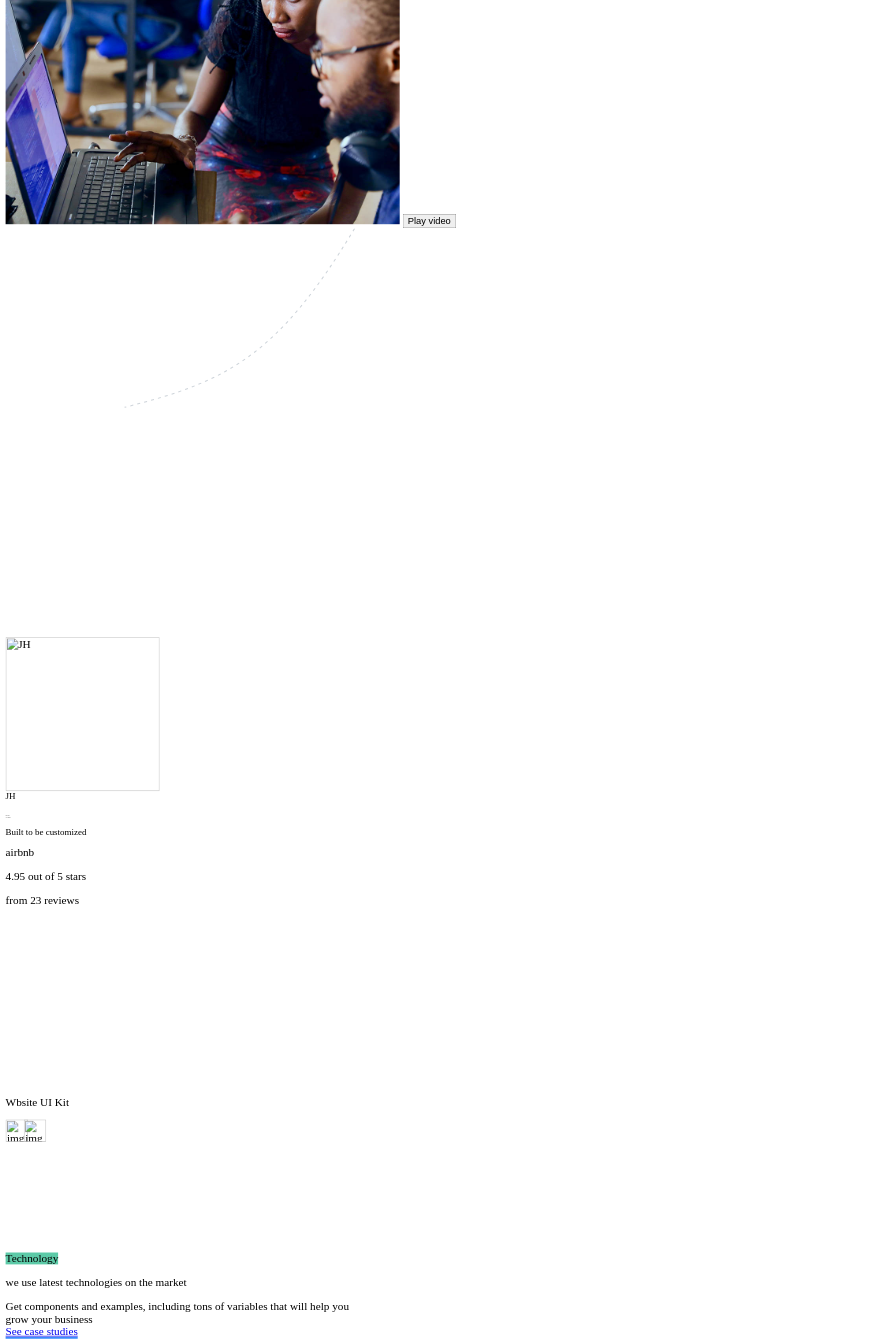
Repository: brandonc16/odoo-task
Page: components/hero.html
These files come from the project's save history. The page is drawn as it stood at one moment and after the next save; the edit follows.
The browser window is 1280 px wide. The pictures show the part of the page from y = 1975 to 3895 px (the page is 3895 px tall before and 3852 px after), at 70% of full size.

Above is the page before, as saved 2026-03-16 03:13:01.

### components/hero.html
<!-- SECTION CARD  -->
<div class="bg-primary text-white hero-style pb-10">
  <div class="pt-5">
    <div class="row align-items-center px-lg-10">
      <div class="col-12 col-lg-6 mb-5 mb-lg-0">
        <p class="display-4 fw-bold mb-4">Development done right</p>
        <p
          class="mb-4 text-white-50"
          style="font-size: 1.1rem; max-width: 400px"
        >
          Build a beautiful, modern website with flexible components built from
          scratch.
        </p>
        <button
          class="btn btn-light text-primary rounded-2 d-inline-flex align-items-center gap-2 fw-bold px-4 py-2 mb-5"
        >
          Get started <span class="fs-5">+</span>
        </button>

        <div class="d-flex align-items-center gap-4 flex-wrap mt-3">
          <span class="small text-white-50">Trusted by:</span>
          <span class="fw-bold d-flex align-items-center gap-1"
            ><i class="bi bi-google"></i>Google</span
          >
          <span class="fw-bold d-flex align-items-center gap-1"
            ><i class="bi bi-spotify"></i>Spotify</span
          >
          <span class="fw-bold fs-5">airbnb</span>
          <span class="fw-bold d-flex align-items-center gap-1"
            ><i class="bi bi-paypal"></i>PayPal</span
          >
        </div>
      </div>
      <div class="col-12 col-lg-6">
        <div
          class="card bg-white border-0 shadow-lg p-4 text-dark"
          style="
            border-radius: 1.5rem 1.5rem 4.5rem 1.5rem;
            max-width: 420px;
            margin: 0 auto;
          "
        >
          <div class="d-flex justify-content-between align-items-center mb-4">
            <p class="fw-bold" style="font-size: 0.85rem">Manage cards</p>
            <button
              class="btn btn-outline-secondary btn-sm px-3 rounded-2"
              style="font-size: 0.85rem"
            >
              Add new
            </button>
          </div>
          <div
            class="bg-card-dark text-white p-4 mb-4 shadow-sm"
            style="border-radius: 1rem"
          >
            <div class="d-flex justify-content-between align-items-start mb-4">
              <div class="d-flex">
                <a class="navbar-brand fw-fold fs-3" href="#">
                  <img
                    src="/assets/mastercard.svg"
                    alt="Odoo logo"
                    height="35"
                    class="d-inline-block align-text-top"
                  />
                </a>
              </div>
              <p
                class="badge bg-success text-success text-white border border-success border-opacity-25 px-2 py-1"
              >
                Active
              </p>
            </div>
            <p
              class="text-white-50 mb-1"
              style="font-size: 0.6rem; letter-spacing: 1px"
            >
              CARD NUMBER
            </p>
            <p class="mb-4" style="letter-spacing: 2px">
              4358 - 7421 - 9256 -6682
            </p>

            <div class="d-flex justify-content-between">
              <div>
                <p
                  class="text-white-50 mb-0"
                  style="font-family: 0.6rem; letter-spacing: 1px"
                >
                  NAME
                </p>
                <p class="mb-0 fw-bold small">John Snow</p>
              </div>
              <div>
                <p
                  class="text-white-50 mb-0"
                  style="font-family: 0.6rem; letter-spacing: 1px"
                >
                  EXPIRY DATE
                </p>
                <p class="mb-0 fw-bold small">11/23</p>
              </div>
            </div>
          </div>

          <div class="justify-content-between align-items-center mb-2">
            <div class="d-flex justify-content-between">
              <p class="mb-0 fw-bold">Starbucks</p>

              <span class="text-muted">$5,50 USD</span>
            </div>
            <p class="mb-0 text-muted" style="font-size: 0.85rem">
              Pending - San Francisco, United States
            </p>
            <hr
              class="text-secondary justify-content-between align-items-center mb-4"
            />

            <div class="d-flex justify-content-between">
              <p class="mb-0 fw-bold">Nike Sports</p>

              <span class="text-muted">$129,00 USD </span>
            </div>
            <p class="mb-0 text-muted" style="font-size: 0.85rem">
              Pending - Lisbon, Portugal
            </p>
            <hr
              class="text-secondary justify-content-between align-items-center mb-4"
            />

            <a href="#" class="text-decoration-underline text-primary"
              >View all</a
            >
          </div>
        </div>
      </div>
    </div>
  </div>
</div>
<!-- SECTION TOOLS -->

<div class="py-5 my-5">
  <div class="px-lg-10">
    <div class="row align-items-center">
      <div class="col-12 col-lg-6 mb-5 mb-lg-0">
        <div
          class="card border border-light border-1 shadow-sm p-4 p-lg-5 rounded-3 position-relative mt-n4 mt-lg-n5"
        >
          <div style="width: 90%">
            <p class="fw-bold mb-4 display-6">Awesome Projects</p>
            <div class="mb-4 p-3">
              <p class="fw-bold mb-2" style="font-size: 0.95">
                Create the new logo
              </p>
              <div class="progress rounded-pill" style="height: 6px">
                <div class="progress-bar- bg-warning" style="width: 45%"></div>
              </div>
            </div>
            <div class="mb-4 p-3">
              <p class="fw-bold mb-2" style="font-size: 0.95">
                Set up the color palette
              </p>
              <div class="progress rounded-pill" style="height: 6px">
                <div class="progress-bar- bg-warning" style="width: 60%"></div>
              </div>
            </div>

            <div class="mb-2 p-3">
              <div
                class="d-flex justify-content-between align-items-center mb-2"
              >
                <span class="fw-bold" style="font-size: 0.95rem">
                  Wireframe and prototype</span
                >
                <span style="font-size: 0.86rem"
                  >6:50 <i class="bi bi-chevron-right small"></i
                ></span>
              </div>

              <div class="progress rounded-pill" style="height: 6px">
                <div class="progress-bar- bg-warning" style="width: 80%"></div>
              </div>
            </div>
          </div>
        </div>
      </div>

      <div
        class="col-12 col-lg-5 offset-lg-1 text-center text-lg-start mt-5 mt-lg-0"
      >
        <span
          class="badge bg-warning text-white px-3 py-2 rounded-pill mb-4 fs-6"
        >
          Tools
        </span>
        <p class="display-6 fw-bold mb-4">
          We build for designers and developers
        </p>
        <p
          class="text-muted fs-5 mb-3"
          style="max-width: 500px; margin: 0 auto"
        >
          Get components and examples, including tons of variables that will
          help you grow your bussines.
        </p>

        <div
          class="mt-4 mt-lg-5"
          style="width: 100%; max-width: 400px; z-index: 2"
        >
          <div class="rounded-2 overflow-hidden shadow-sm position-relative">
            <img
              src="/assets/img_01.jpg"
              alt="Team working"
              height="55"
              class="img-fluid w-100"
              style="height: 200px; object-fit: cover"
            />
            <button
              class="btn btn-light position-absolute top-0 end-0 m-3 fw-bold shadow-sm d-flex align-items-center gap-2 rounded-3"
            >
              Play video <i class="bi bi-play-fill"></i>
            </button>
          </div>
        </div>
      </div>
    </div>
  </div>
</div>

<svg
  class="position-absolute"
  style="
    top: 167%;
    left: 25%;
    z-index: 0;
    pointer-events: none;
    width: 50%;
    height: 83%;
  "
  viewBox="0 0 500 800"
  fill="none"
  xmlns="http://www.w3.org/2000/svg"
>
  <path
    d="M0,0 C150,250 250,300 450,350"
    stroke="#ced4da"
    stroke-width="2"
    stroke-dasharray="6 8"
    fill="none"
  />

  <!--   <path
    d="M400,600 C300,750 250,850 100,1000"
    stroke="#ced4da"
    stroke-width="2"
    stroke-dasharray="6 8"
    fill="none"
  /> -->
</svg>

<!-- SECTION FEATURES -->

<div class="py-5 my-5 position-relative overflow-hidden">
  <div class="row px-lg-10 align-items-center">
    <div class="col-12 col-lg-5 mb-5 mb-lg-0">
      <span
        class="badge text-white px-3 py-2 rounded-pill mb-4 fs-6"
        style="background-color: #5ccaa7"
      >
        Features
      </span>

      <p class="fw-bold fs-4 mb-5">
        Get components and examples, including tons of variables that will help
        you grow your business.
      </p>

      <div class="d-flex flex-column gap-3">
        <div class="d-flex align-items-center gap-3">
          <i class="bi bi-check-circle-fill fs-5" style="color: #5ccaa7"></i>
          <p class="fw-medium mt-3" style="color: #5ccaa7">
            Perfect for modern startups
          </p>
        </div>
      </div>
      <div class="d-flex flex-column gap-3">
        <div class="d-flex align-items-center gap-3">
          <i class="bi bi-check-circle-fill fs-5" style="color: #5ccaa7"></i>
          <p class="fw-medium mt-3" style="color: #5ccaa7">
            Fully customizable and scalable
          </p>
        </div>
      </div>
    </div>

    <div class="col-12 col-lg-6 offset-lg-1">
      <div class="position-relative shadow-lg rounded-3 overflow-hidden;">
        <img
          src="/assets/img_02.jpg"
          alt="Team working"
          height="auto"
          class="img-fluid w-100"
          style="height: 450px; object-fit: cover"
        />
        <button
          class="btn btn-light position-absolute top-0 end-0 m-3 fw-bold shadow-sm d-flex align-items-center gap-2 rounded-3"
        >
          Play video <i class="bi bi-play-fill"></i>
        </button>
      </div>
    </div>
  </div>
</div>

<!-- Section technology -->

<svg
  class="position-absolute"
  style="
    top: 243%;
    left: 25%;
    z-index: 0;
    pointer-events: none;
    width: 50%;
    height: 83%;
    transform: scaleX(-1);
  "
  viewBox="0 0 500 800"
  fill="none"
  xmlns="http://www.w3.org/2000/svg"
>
  <path
    d="M0,0 C150,250 250,300 450,350"
    stroke="#ced4da"
    stroke-width="2"
    stroke-dasharray="6 8"
    fill="none"
  />
</svg>

<!-- section technology -->

<div class="py-5 my-5 position-relative overflow-hidden">
  <div class="px-lg-10 position-relative" style="z-index: 1">
    <div class="row align-items-center">
      <div class="col-12 col-lg-6 mb-5 mb-lg-0">
        <div class="row g-4 align-items-center">
          <div class="col-12 col-sm-6">
            <div class="card border-0 shadow-sm rounded-4 overflow-hidden">
              <img src="" alt="JH" style="height: 220px; object-fit: cover" />

              <div
                class="card-body d-flex align-items-center justify-content-between p-4"
              >
                <div class="d-flex align-items-center gap-2">
                  <div
                    class="rounded-circle bg-warning text-white d-flex align-items-center justify-content-center fw-bold"
                    style="width: 35px; height: 35px; font-size: 0.8rem"
                  >
                    JH
                  </div>
                  <span class="fw-bold mb-0" style="font-size: 0.9">
                    Jimmy Hendrix</span
                  >
                </div>
                <i class="bi bi-check-lg fs-5"></i>
              </div>

              <div>
                <p class="fw-bold mb-0" style="font-size: 0.95">
                  300 + components
                </p>
                <p class="text-muted mb-0" style="font-size: 0.8rem">
                  Built to be customized
                </p>
              </div>
            </div>

          </div>

            <div class="col-12 col-sm-6 mt-sm-5">
              <div
                class="card border border-light border-1 shadow-sm rounded-3 mb-4 p-4 text-center d-flex flex-column justify-content-center"
                style="min-height: 290px"
              >
                <div class="mb-3 fs-4 fw-bold">
                  <i class="bi bi-airbnb"></i>airbnb
                </div>
                <div
                  class="text-warining mb-2 fs-6 gap-1 d-flex justify-content-center"
                >
                  <i class="bi bi-star-fill"></i>
                  <i class="bi bi-star-fill"></i>
                  <i class="bi bi-star-fill"></i>
                  <i class="bi bi-star-fill"></i>
                  <i class="bi bi-star"></i>
                </div>
                <p class="fw-bold mb-1">4.95 out of 5 stars</p>
                <p class="text-muted mb-0">from 23 reviews</p>
              </div>

              <div
                class="card border border-light border-1 shadow-sm rounded-3 mb-4 p-4 text-center d-flex flex-column justify-content-center"
                style="min-height: 290px"
              >
                <div
                  class="rounded-circle bg-dark text-white mx-auto d-flex align-items-center justify-content-center mb-3"
                  style="width: 50px; height: 50"
                >
                  <i class="bi bi-infinity fs-4"></i>
                </div>
                <div
                  class="text-warining mb-2 fs-6 gap-1 d-flex justify-content-center"
                >
                  <p class="fw-bold mb-3">Wbsite UI Kit</p>
                </div>

                <div class="d-flex justify-content-center m-b">
                  <img
                    src=""
                    alt="img"
                    class="rounded-circle border border-2 border-white"
                    style="
                      width: 32px;
                      height: 32px;
                      margin-right: -10px;
                      z-index: 3;
                    "
                  />
                  <img
                    src=""
                    alt="img"
                    class="rounded-circle border border-2 border-white"
                    style="
                      width: 32px;
                      height: 32px;
                      margin-right: -10px;
                      z-index: 3;
                    "
                  />
                </div>
                <div
                  class="d-flex justify-ontent-center gap-4 text-muted small mt-auto pt-2"
                >
                  <i class="bi bi-paperclip" style="cursor: pointer"></i>
                  <i class="bi bi-eye" style="cursor: pointer"></i>
                  <i class="bi bi-heart" style="cursor: pointer"></i>
                </div>
              </div>
            </div>
          </div>
        </div>
        <div
          class="col-12 col-lg-5 offset-lg-1 mt-5 mt-lg-0 text-center text-lg-start"
        >
          <span
            class="badge bg-primary text-white px-3 py-2 rounded-pill mb-4 fs-6"
            style="background-color: #5ccaa7"
          >
            Technology
          </span>
          <p class="fs-4 mb-4">we use latest technologies on the market</p>

          <p
            class="text-muted fs-5 mb-4"
            style="max-width: 500px; margin: 0 auto 0 0"
          >
            Get components and examples, including tons of variables that will
            help you grow your business
          </p>
          <a
            href="#"
            class="text-primary text-decoration-none fw-medium pb-1"
            style="border-bottom: 2px solid #0d6efd"
            >See case studies</a
          >
        </div>


        </div>
      </div>
    </div>
  </div>
</div>

After the next save:
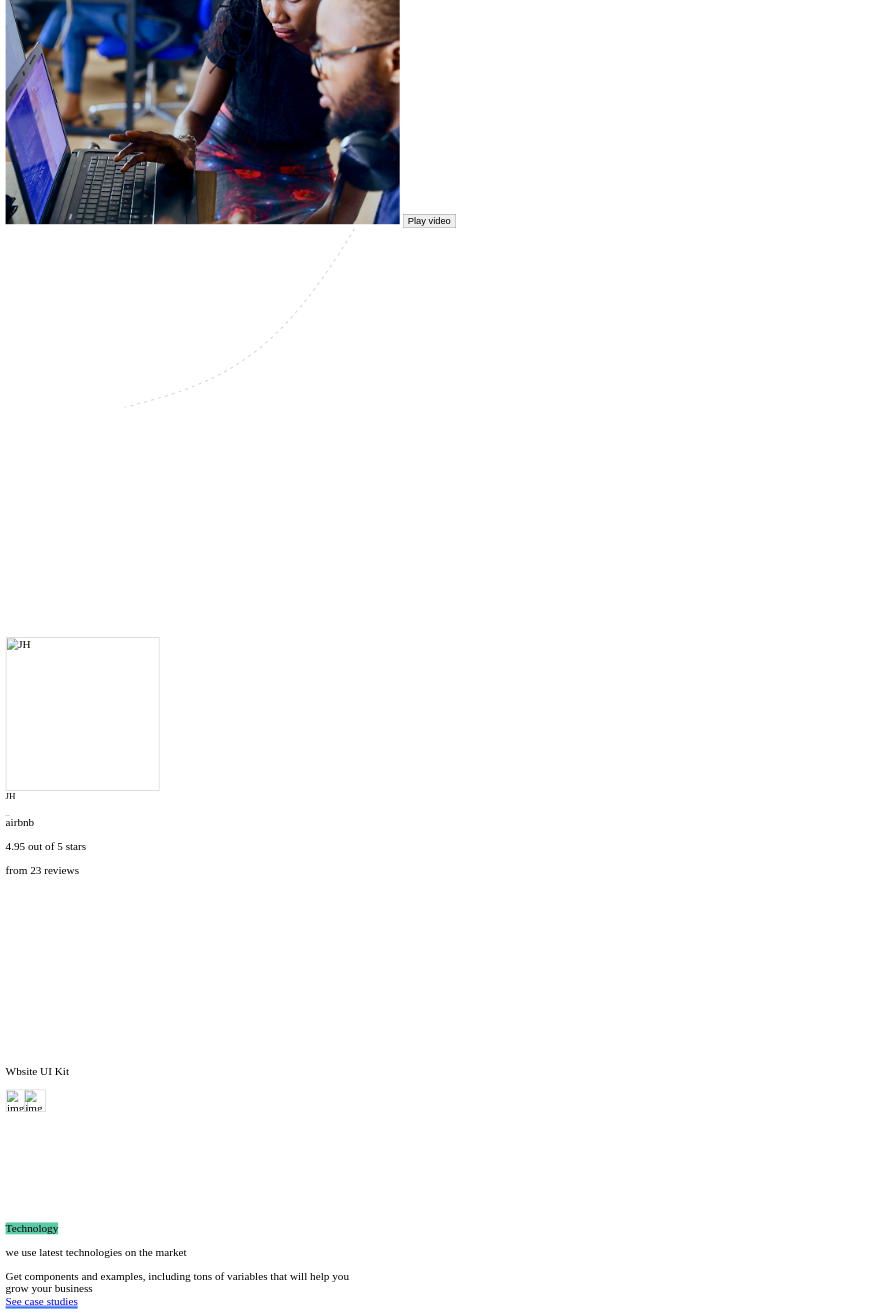
Saved 3 min 56 s later.
--- a/components/hero.html
+++ b/components/hero.html
@@ -366,14 +366,6 @@
                 <i class="bi bi-check-lg fs-5"></i>
               </div>
 
-              <div>
-                <p class="fw-bold mb-0" style="font-size: 0.95">
-                  300 + components
-                </p>
-                <p class="text-muted mb-0" style="font-size: 0.8rem">
-                  Built to be customized
-                </p>
-              </div>
             </div>
 
           </div>
